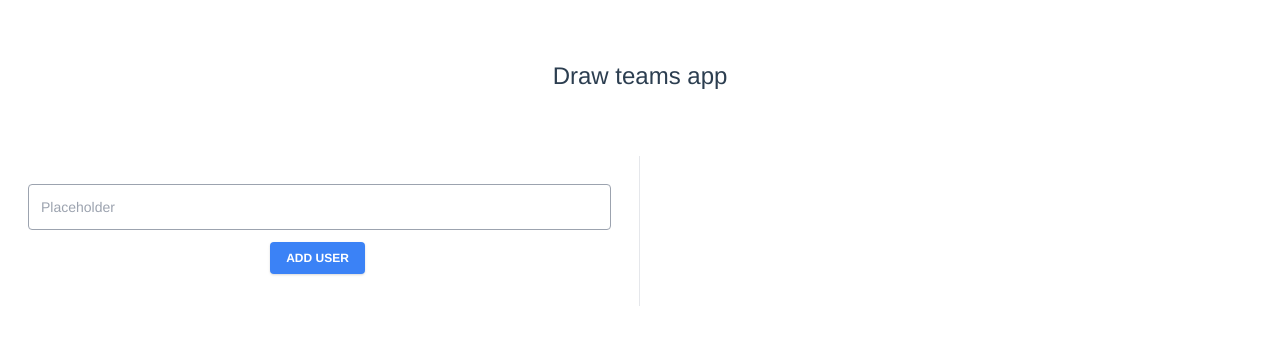
Repository: AlekJanevski/draw-teams-app
Page: /
The author's editor kept a copy of each file at every save. The page is drawn from the files as they stood at one save, then again after the next save.
The browser window is 1280 px wide. The pictures show the whole page.
The project was rebuilt for these pictures with package versions that can differ from the ones it lists, and the page was loaded fresh each time.

Above is the page before, as saved 2021-03-18 20:22:49.

### src/components/HelloWorld.vue
<template>
  <div>
    <h1 class="mb-16 text-2xl">Draw teams app</h1>

    <!-- Add user wrapper starts -->
    <div class="w-1/2 h-full mb-3 border-r p-7">
      <!-- Add user input starts -->
      <input type="text" placeholder="Placeholder" class="relative w-full px-3 py-3 text-sm text-gray-700 placeholder-gray-400 bg-white border border-gray-400 rounded outline-none focus:outline-none focus:shadow-outline"/>
      <!-- Add user input ends -->

      <!-- Add user button starts -->
      <button class="px-4 py-2 mt-3 mb-1 mr-1 text-xs font-bold text-white uppercase bg-blue-500 rounded shadow outline-none active:bg-blue-600 hover:shadow-md focus:outline-none" type="button" style="transition: all .15s ease">
        Add user
      </button>
      <!-- Add button ends -->
    </div>
    <!-- Add user wrapper ends -->
  </div>
</template>

<script>
export default {
  name: 'HelloWorld',
  props: {
    msg: String
  }
}
</script>

<!-- Add "scoped" attribute to limit CSS to this component only -->
<style scoped>
h3 {
  margin: 40px 0 0;
}
ul {
  list-style-type: none;
  padding: 0;
}
li {
  display: inline-block;
  margin: 0 10px;
}
a {
  color: #42b983;
}
</style>

Loaded but not shown: public/index.html (common file); src/main.js (common file); src/App.vue (common file); src/index.css (common file); tailwind.config.js (common file)

After the next save:
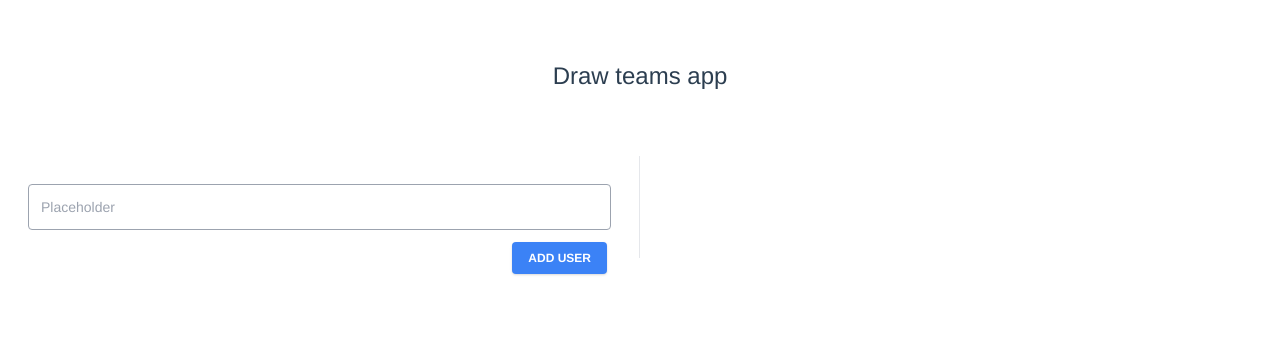
Saved 60 s later.
--- a/src/components/HelloWorld.vue
+++ b/src/components/HelloWorld.vue
@@ -9,7 +9,7 @@
       <!-- Add user input ends -->
 
       <!-- Add user button starts -->
-      <button class="px-4 py-2 mt-3 mb-1 mr-1 text-xs font-bold text-white uppercase bg-blue-500 rounded shadow outline-none active:bg-blue-600 hover:shadow-md focus:outline-none" type="button" style="transition: all .15s ease">
+      <button class="float-right px-4 py-2 mt-3 mb-1 mr-1 text-xs font-bold text-white uppercase bg-blue-500 rounded shadow outline-none active:bg-blue-600 hover:shadow-md focus:outline-none" type="button" style="transition: all .15s ease">
         Add user
       </button>
       <!-- Add button ends -->
